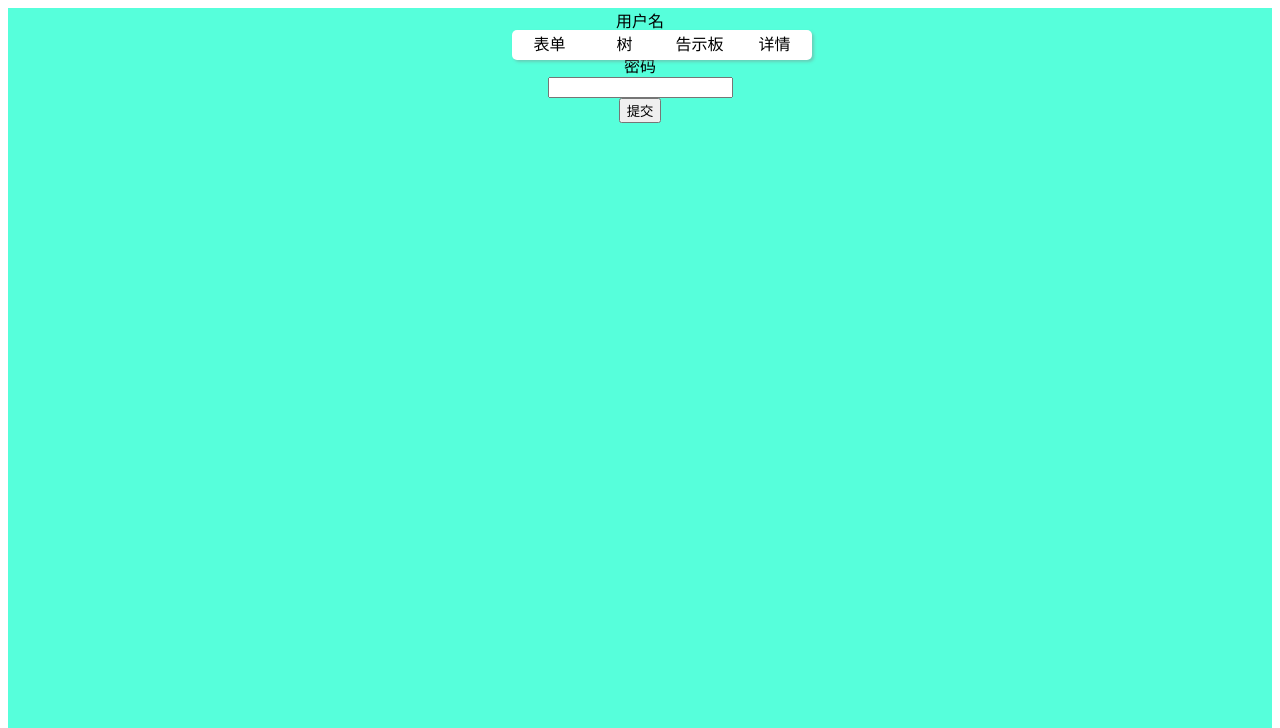
Repository: lxl0302/ClassBegin_-sound_code
Page: /#/kform
These files come from the project's save history. The page is drawn as it stood at one moment and after the next save; the edit follows.
The browser window is 1280 px wide. The pictures show the whole page.
The project was rebuilt for these pictures with package versions that can differ from the ones it lists, and the page was loaded fresh each time. Also part of the build but not shown: src/notice/KNotice.vue, src/tree/Item1.vue, src/tree/index1.vue.

Above is the page before, as saved 2020-07-08 16:48:26.

### src/main.js
import Vue from 'vue'
import App from './App.vue'
import create from './utils/create'
import router from './router/index'

Vue.config.productionTip = false

Vue.prototype.$create =create

new Vue({
  router,
  render: h => h(App),
}).$mount('#app')

### src/App.vue
<template>
  <div id="app">
    <HelloWorld />
  </div>
</template>

<script>
import HelloWorld from './views/index'

export default {
  name: 'App',
  components: {
    HelloWorld
  }
}
</script>

<style>
  html,body{
    height: 100%;
  }
  #app {
    height: 100%;
  }
</style>

### src/utils/create.js
import Vue from 'vue';

export default function create(Component, props) {
  // 先创建实例
  const vm = new Vue({
    render(h) {
      // h就是createElement, 它返回VNode
      return h(Component, {props})
    }
  }).$mount();
  // 手动挂在dom 创建实例后 会有与实例对应的实体dom
  document.body.appendChild(vm.$el)
  // 销毁方法
  const comp = vm.$children[0];
  comp.remove = function() {
    document.body.removeChild(vm.$el); // 移除实体dom
    vm.$destroy() // 销毁实例
  }
  return comp
}

### src/router/index.js
import Vue from 'vue'
import VueRouter from 'vue-router'

// 1.安装插件
Vue.use(VueRouter)

// 2.创建vue-router实例
//   2.1 导入路由映射组件
import KFrom from '../form/index.vue'
import Tree from '../tree/index1.vue'
const router = new VueRouter({
  // 配置映射
  routes: [{
    path: '/kform', // 设置路由路径
    component: KFrom // 路由路径对应组件
  },{
    path: '/tree',
    component: Tree
  }]
})

// 3.导出
export default router

### src/views/index.vue
<template>
  <div class="zong">
    <div class="toolbar">
      <span @click="formClick">表单</span>
      <span @click="treeClick">树</span>
      <span>告示板</span>
      <span>详情</span>
    </div>
    <!-- 展示路由组件 -->
    <router-view></router-view>
  </div>
</template>

<script>
  export default {
    name: '',
    components: {},
    data() {
      return {}
    },
    computed: {},
    mounted() {},
    methods: {
      formClick() {
        alert('1')
        this.$router.push('/kform')
      },
      treeClick() {}
    }
  }
</script>
<style scoped>
  div {
    /*早期浏览器*/
    user-select: none;
  }

  .zong {
    width: 100%;
    height: 100%;
    background-color: rgba(0, 255, 200, 0.418);
  }

  .toolbar {
    position: absolute;
    top: 30px;
    left: 40%;
    width: 300px;
    height: 30px;
    border-radius: 5px;
    background-color: white;
    box-shadow: 2px 2px 3px rgba(128, 128, 128, 0.377);
    /* 设置元素两端对齐 */
    text-align: justify;
  }

  .toolbar::after {
    content: '';
    display: inline-block;
    overflow: hidden;
    width: 100%;
  }

  .toolbar span {
    width: 25%;
    /* 设置盒子为行内块 */
    display: inline-block;
    /* background-color: skyblue; */
    /* 设置盒子内元素水平居中 */
    text-align: center;
    /* 设置盒子内容垂直居中 */
    line-height: 30px;
  }

  .toolbar span:hover {
    font-size: 16px;
    color: rgb(47, 206, 255);
  }
</style>

### src/form/index.vue
<template>
  <div class="zong">
    <k-form :model="model" :rules="rules" ref="loginForm">
      <k-form-item label="用户名" prop="username">
        <k-input v-model="model.username" autocomplete="off"></k-input>
      </k-form-item>
      <k-form-item label="密码" prop="password">
        <k-input type="password" v-model="model.password" autocomplete="off"></k-input>
      </k-form-item>
      <k-form-item>
        <button @click="submitForm('loginForm')">提交</button>
      </k-form-item>
    </k-form>
  </div>
</template>

<script>
import KForm from './Form'
import KFormItem from './FromItem'
import KInput from './Input'

import KNotice from '../notice/KNotice'
export default {
  name: '',
  components: {
    KForm,
    KFormItem,
    KInput
  },
  data() {
    return {
      model: {username: "baiyan", password: ""},
      rules: {
        username: [{required: true, message: "请输入用户名"}],
        password: [{required: true, message: "请输入密码"}]
      }
    }
  },
  methods: {
    submitForm(form) {
      this.$refs[form].validateForm(valid => {
        const notice = this.$create(KNotice, {
          title: "温馨提示",
          message: valid ? "抓紧给老子登录!" : "校验失败",
          duration: 1000
        });
        notice.show()
      });
    }
  }
}
</script>
<style scoped>
.zong{
  height: 100%;
  width: 100%;
  text-align: center;
}
</style>

### src/form/Form.vue
<template>
  <div class>
    <slot></slot>
  </div>
</template>

<script>
export default {
  name: 'Form',
  provide() {
    return {
      form: this
    }
  },
  props: {
    model: {
      // 数据
      type: Object,
      required: true
    },
    rules: {
      // 校验规则
      type: Object
    }
  },
  methods: {
    // 校验的最后结果
    validateForm(cb) {
      const tasks = this.$children
        .filter(item => item.prop) // 过滤掉按钮
        .map(item => item.validate()) // 查询数组中的值
      console.log('答案', tasks);

      // 结果返回的是promise数组,通过数组来校验 集合
      Promise.all(tasks)
        .then(() => cb(true))
        .catch(() => cb(false))
    }
  }
}
</script>
<style scoped>
</style>

### src/form/FromItem.vue
<template>
  <div class>
    <label v-if="label">{{label}}</label>
    <slot></slot>
    <p v-if="errorMessage">{{errorMessage}}</p>
  </div>
</template>

<script>
import Schema from 'async-validator'
export default {
  name: 'FromItem',
  inject: ['form'],
  props: {
    label: {
      type: String,
      default: ''
    },
    prop: {
      type: String
    }
  },
  data() {
    return {
      errorMessage: ''
    }
  },
  mounted() {
    this.$on('validate', () => {
      this.validate
    })
  },
  methods: {
    validate() {
      // 做校验
      const value = this.form.model[this.prop]
      const rules = this.form.rules[this.prop]
      const desc = { [this.prop]: rules }
      const schema = new Schema(desc)
      // return的是校验结果的Promise
      return schema.validate({ [this.prop]: value }, errors => {
        if (errors) {
          this.errorMessage = errors[0].message
        } else {
          this.errorMessage = ''
        }
      })
    }
  }
}
</script>
<style scoped>
</style>

### src/form/Input.vue
<template>
  <div class>
    <input :value="value" @input="changeMethods" v-bind="$attrs">
  </div>
</template>

<script>
export default {
  name: '',
  components: {},
  props: {
    value: {
      type: String
    }
  },
  computed: {},
  mounted() {},
  methods: {
    changeMethods(e) {
      this.$emit('input', e.target.value)
      // 将值返给fomritem 做校验
      this.$parent.$emit('validate')
    }
  }
}
</script>
<style scoped>
</style>

Loaded but not shown: public/index.html (common file)

After the next save:
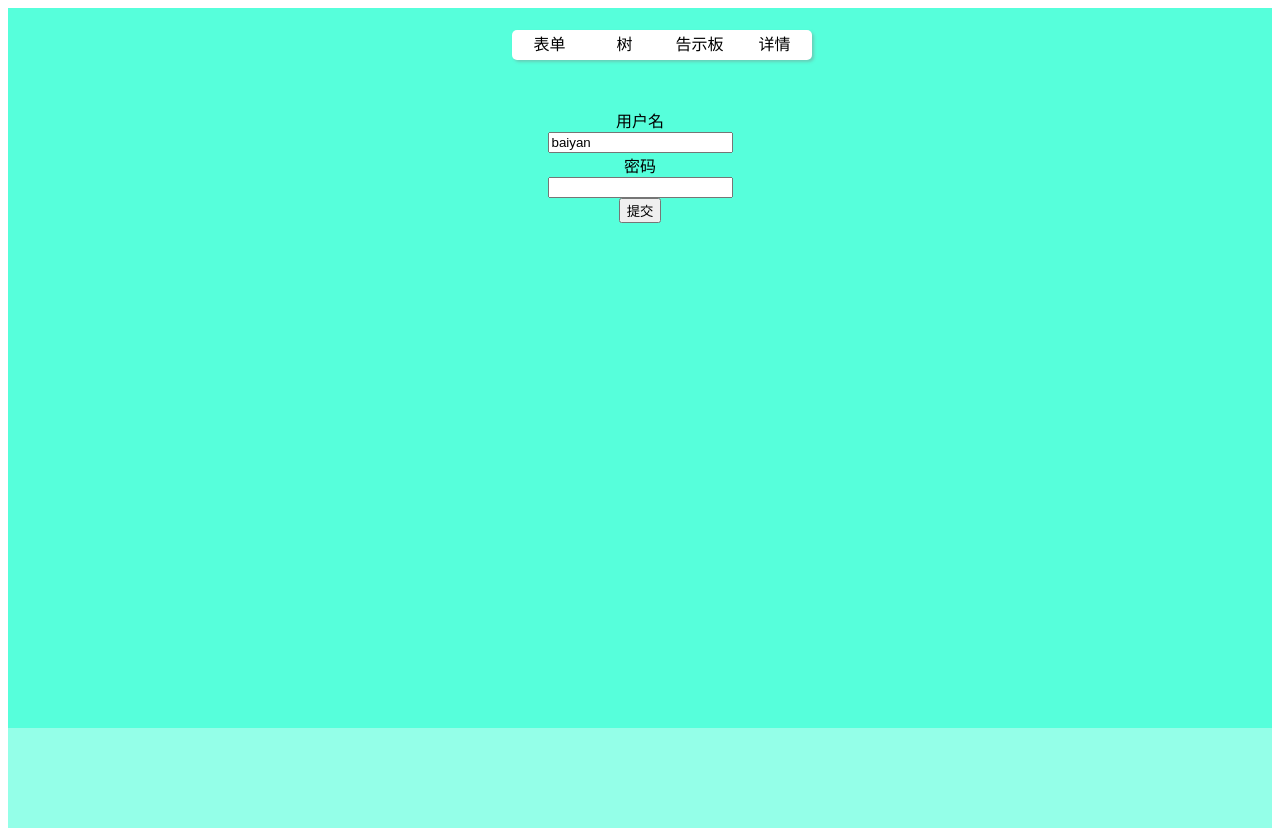
Saved 28 s later.
--- a/src/form/index.vue
+++ b/src/form/index.vue
@@ -54,6 +54,7 @@ export default {
 .zong{
   height: 100%;
   width: 100%;
+  padding-top: 100px;
   text-align: center;
 }
 </style>
